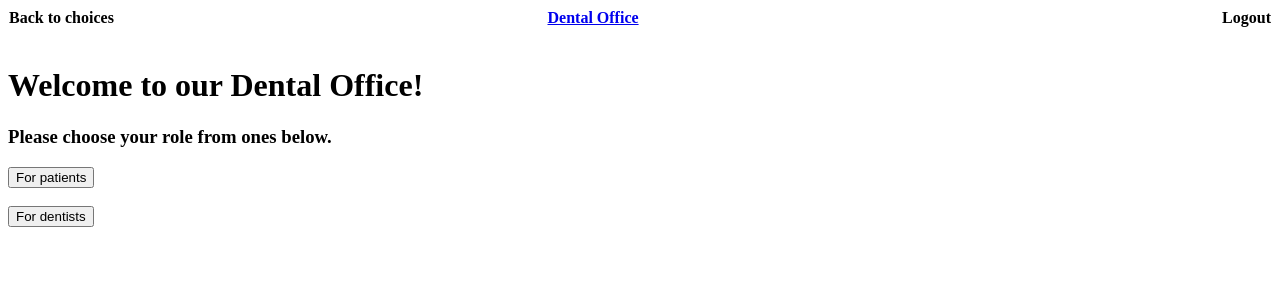
Repository: ThEgIGN/DentalOfficeWebApplication
Page: http://localhost/DentalOfficeWEB/
These files come from the project's save history. The page is drawn as it stood at one moment and after the next save; the edit follows.
The browser window is 1280 px wide. The pictures show the whole page.
The page is served by Tomcat 9. Nobody is signed in. The application's start-up code is not run. Other server files are loaded and not shown.

Above is the page before, as saved 2023-06-16 10:14:54.

### DentalOfficeProject/DentalOfficeWEB/src/main/webapp/index.jsp
<%@ page language="java" contentType="text/html; charset=ISO-8859-1"
	pageEncoding="ISO-8859-1"%>
<!DOCTYPE html>
<html>
<head>
<meta charset="ISO-8859-1">
<title>Dental Office Name</title>
</head>
<body>
	<table
		style="width: 100%; border-collapse: collapse;">
		<tr>
			<td style="text-align: left"><b>Back to choices</b></td>
			<td><b><a href="/DentalOfficeWEB/index.jsp">Dental Office</a></b></td>
			<td style="text-align: right"><b>Logout</b></td>
		</tr>
	</table>
	<br>
	<h1>Welcome to our Dental Office!</h1>
	<h3>Please choose your role from ones below.</h3>
	<form action="/DentalOfficeWEB/patients/createPatient.jsp">
		<button type="submit">For patients</button>
	</form>
	<br>
	<form action="/DentalOfficeWEB/dentists/loginDentist.jsp">
		<button type="submit">For dentists</button>
	</form>
</body>
</html>

After the next save:
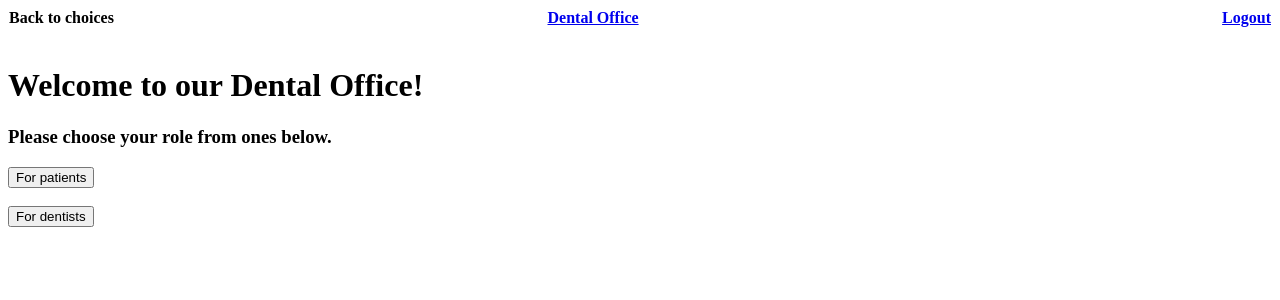
Saved 12 min 16 s later.
--- a/DentalOfficeProject/DentalOfficeWEB/src/main/webapp/index.jsp
+++ b/DentalOfficeProject/DentalOfficeWEB/src/main/webapp/index.jsp
@@ -12,7 +12,7 @@
 		<tr>
 			<td style="text-align: left"><b>Back to choices</b></td>
 			<td><b><a href="/DentalOfficeWEB/index.jsp">Dental Office</a></b></td>
-			<td style="text-align: right"><b>Logout</b></td>
+			<td style="text-align: right"><b><a href="/DentalOfficeWEB/index.jsp">Logout</a></b></td>
 		</tr>
 	</table>
 	<br>
